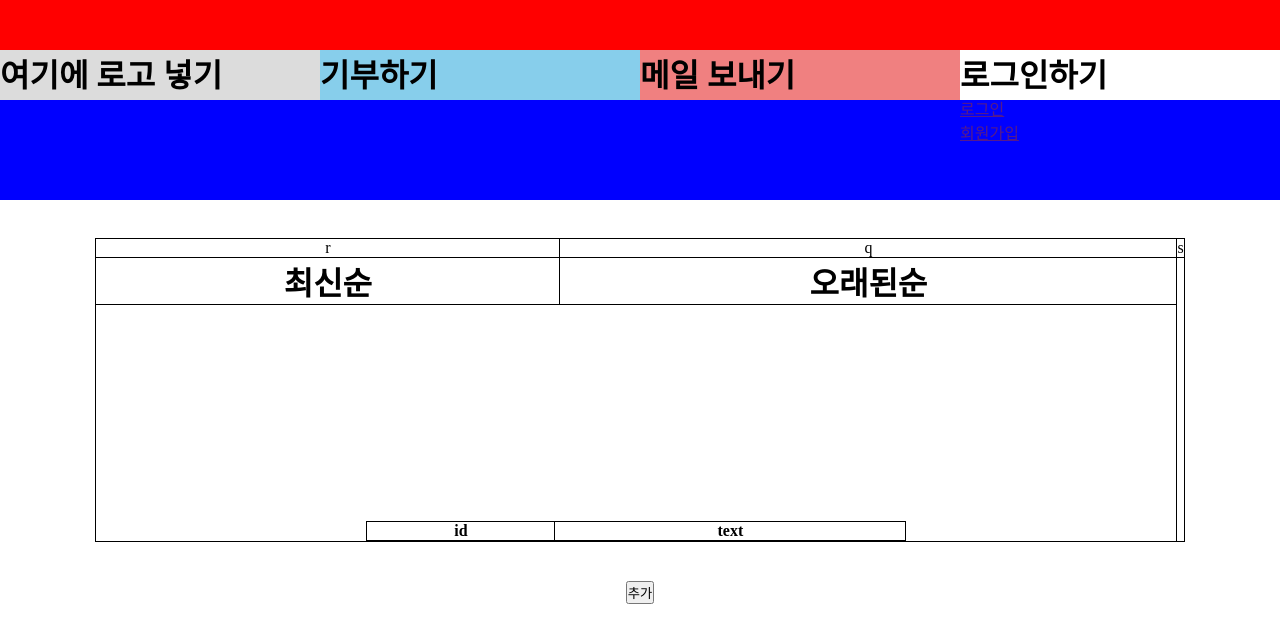
Repository: Yeojin0523/Survey
Page: http://localhost/Blog/Blog/list.jsp
These files come from the project's save history. The page is drawn as it stood at one moment and after the next save; the edit follows.
The browser window is 1280 px wide. The pictures show the whole page.
The page is served by Tomcat 9. Other server files are loaded and not shown. The template is opened directly, without the code that normally fills it, so the values that code supplies are empty.

Above is the page before, as saved 2024-07-29 05:26:30.

### Blog/src/main/webapp/Blog/list.jsp
<%@ page language="java" contentType="text/html; charset=UTF-8"
	pageEncoding="UTF-8"%>
<%@ page import="java.util.List"%>
<%@ page import="java.util.ArrayList"%>
<%@ page import="java.sql.DriverManager"%>
<%@ page import="java.sql.ResultSet"%>
<%@ page import="java.sql.PreparedStatement"%>
<%@ page import="java.sql.Connection"%>
<%@ page import="java.sql.SQLException"%>

<%
Connection conn = null;
PreparedStatement pstmt = null;
ResultSet rs = null;
%>

<!DOCTYPE html>
<html>
<head>
<meta charset="UTF-8">
<title>my blog</title>
<script src="list.js"></script>
<link rel="stylesheet" href="list.css">
</head>
<body>
	<div class="wrapper">
		<div class="wrap">
			<div class="top_gnb_area"></div>
			<div class="top_area">
				<div class="logo_area">
					<h1>여기에 로고 넣기</h1>
				</div>
				<div class="donate_area">
					<h1>기부하기</h1>
				</div>

				<div class="mail_area">
					<h1>메일 보내기</h1>
				</div>
				<div class="login_area">
					<h1>로그인하기</h1>
					<!-- 로그인 안한 상태 -->
					<c:if test="${memeber == null}">
						<div class="loginBtn">
							<a href="">로그인</a>
						</div>
						<span><a href="">회원가입</a></span>
					</c:if>
				</div>
			</div>
		</div>
	</div>




	<div class="frame">
		<table class="outer_table">
			<tr>
				<td>r</td>
				<td>q</td>
				<td>s</td>
			</tr>
			<tr>
				<td>
					<h1>최신순</h1>
				</td>
				<td>
					<h1>오래된순</h1>
				</td>
			</tr>
			<tr>
				<td colspan="2">
					<div class="content">
						<div class="donateList">
							<table class="inner_table">
								<tr>
									<th>id</th>
									<th>text</th>
								</tr>
								<%
								try {
									Class.forName("oracle.jdbc.driver.OracleDriver");
									conn = DriverManager.getConnection("jdbc:oracle:thin:@localhost:1521:XE", "c##systemid", "systempwd");
									String sql = "SELECT * FROM blog";
									pstmt = conn.prepareStatement(sql);
									rs = pstmt.executeQuery();

									while (rs.next()) {
										out.println("<tr>");
										out.println("<td>" + rs.getInt("seq") + "</td>");
										out.println("<td>" + rs.getString("text") + "</td>");
										out.println("</tr>");
									}
								} catch (Exception e) {
									e.printStackTrace();
								} finally {
									try {
										if (rs != null)
									rs.close();
										if (pstmt != null)
									pstmt.close();
										if (conn != null)
									conn.close();
									} catch (Exception e) {
										e.printStackTrace();
									}
								}
								%>
							</table>
						</div>
					</div>
				</td>
			</tr>
		</table>
	</div>


	<div class="button_area">
		<button id="insertBtn">추가</button>
	</div>
</body>
</html>

### Blog/src/main/webapp/Blog/list.js
/** list.js의 script file
 *
 */
document.addEventListener("DOMContentLoaded", function(){
	document.getElementById("insertBtn").addEventListener("click", function(){
		window.location.href="InsertForm.jsp";
	});
});

### Blog/src/main/webapp/Blog/list.css
@charset "UTF-8";
*{
	margin:0;
	padding:0;
}
/*화면 전체*/
.wrapper{
	width:100%;
}
/*content 랩*/
.content{
	width:1080px;
	margin:auto;
}
.top_gnb_area{
	width:100%;
	height:50px;
	background-color: red;
}
.top_area{
	width:100%;
	height:150px;
	background-color: blue;
	align-items: center;
}
.logo_area{
	width:25%;
	height:50px;
	background-color: gainsboro;
	float:left;
}
.donate_area{
	width:25%;
	height:50px;
	background-color: skyblue;
	float:left;
}
.mail_area{
	width:25%;
	height:50px;
	background-color: lightcoral;
	float:left;
}
.login_area{
	width:25%;
	height:50px;
	background-color: white;
	float:right;
}
table{
	margin-left:auto;
	margin-right:auto;
	text-align: center;
}
table, td, th{
	border-collapse: collapse;
	border:1px solid black;
}
.outer_table{
	margin-top:3%;
}
.inner_table{
	margin-top:20%;
	width:50%;
	height:50%;
}
.button_area{
	text-align: center;
	padding:3%;
}

After the next save:
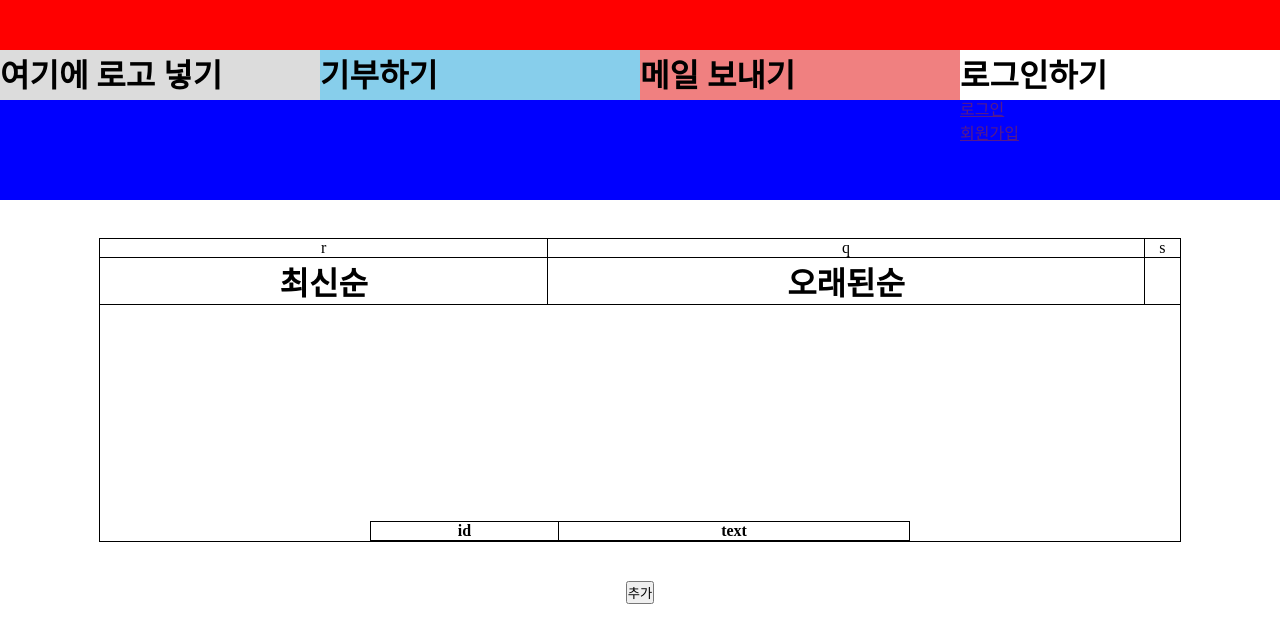
Saved 16 s later.
--- a/Blog/src/main/webapp/Blog/list.jsp
+++ b/Blog/src/main/webapp/Blog/list.jsp
@@ -70,7 +70,7 @@ ResultSet rs = null;
 				</td>
 			</tr>
 			<tr>
-				<td colspan="2">
+				<td colspan="3">
 					<div class="content">
 						<div class="donateList">
 							<table class="inner_table">
